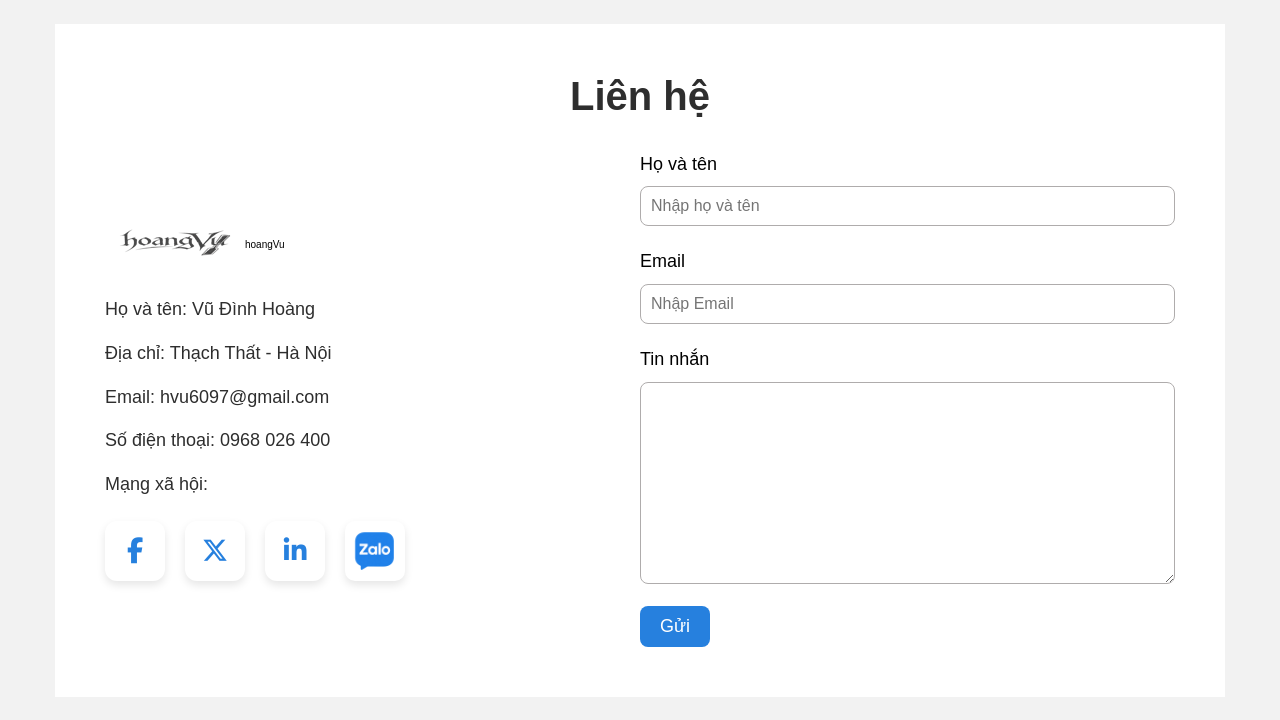
Repository: hoang28092000/portfolio
Page: pages/contact.html
An editor plug-in stored every save of this project. The page is shown before and after a run of saves, followed by the edit.
The browser window is 1280 px wide. The pictures show the whole page.
The pointer rests on the first visible `.btn-submit`.

Above is the page before, as saved 2025-04-11 23:41:22.

### pages/contact.html
<!DOCTYPE html>
<html lang="en">
  <head>
    <meta charset="UTF-8" />
    <meta name="viewport" content="width=device-width, initial-scale=1.0" />
    <link
      rel="stylesheet"
      href="https://cdnjs.cloudflare.com/ajax/libs/font-awesome/6.7.2/css/all.min.css"
      integrity="sha512-Evv84Mr4kqVGRNSgIGL/F/aIDqQb7xQ2vcrdIwxfjThSH8CSR7PBEakCr51Ck+w+/U6swU2Im1vVX0SVk9ABhg=="
      crossorigin="anonymous"
      referrerpolicy="no-referrer"
    />
    <link rel="stylesheet" href="../css/pages.css" />
    <link rel="stylesheet" href="../css/responsive-pages.css" />
    <title>Liên hệ</title>
  </head>
  <body>
    <main id="main-contact">
      <div class="container">
       <div class="contact">
        <h2 class="title-heading title-contact">Liên hệ</h2>
        <div class="content-contact">
          <div class="contact-left">
            <div class="logo-contact">
              <img
                src="../asset/image/hoangVu_logo.png"
                alt="logo"
                class="img-logo-contact"
              />
              <p class="name-logo-contact">hoangVu</p>
            </div>
            <div class="info-contact">
              <p class="txt-contact">Họ và tên: Vũ Đình Hoàng</p>
              <p class="txt-contact">Địa chỉ: Thạch Thất - Hà Nội</p>
              <p class="txt-contact">Email: hvu6097@gmail.com</p>
              <p class="txt-contact">Số điện thoại: 0968 026 400</p>
            </div>
            <p class="txt-contact">Mạng xã hội:</p>
            <div class="social-contact">
              <a
                href="https://www.facebook.com/profile.php?id=100008725181742"
                target="_blank"
                ><i class="fa-brands fa-facebook-f icon-contact"></i
              ></a>
              <a href="https://x.com/kinsman2809" target="_blank"
                ><i class="fa-brands fa-x-twitter icon-contact"></i
              ></a>
              <a
                href="https://www.linkedin.com/in/ho%C3%A0ng-v%C5%A9-0b4891179/"
                target="_blank"
                ><i class="fa-brands fa-linkedin-in icon-contact"></i
              ></a>
              <a href="">
                <img src="../asset/image/icon-zalo.png" alt="zalo" class="img-social">
              </a>
            </div>
          </div>
          <div class="contact-right">
            <form action="" class="form-contact">
              <div class="input-contact">
                <label for="name" class="label-contact">Họ và tên</label>
                <input type="text" id="name" placeholder="Nhập họ và tên" class="input-field" required />
              </div>
              <div class="input-contact">
                <label for="email" class="label-contact">Email</label>
                <input type="email" id="email" placeholder="Nhập Email" class="input-field" required />
              </div>
              <div class="input-contact">
                <label for="message" class="label-contact">Tin nhắn</label>
                <textarea
                  name="message"
                  id="message"
                  cols="30"
                  rows="10"
                  class="input-field"
                  required
                ></textarea>
              </div>
              <button type="submit" class="btn-submit">Gửi</button>
            </form>
          </div>
        </div>
       </div>
      </div>
    </main>
  </body>
</html>

### css/pages.css
* {
  padding: 0;
  margin: 0;
  box-sizing: border-box;
}
html {
  font-family: Poppins, sans-serif;
  font-size: 62.5%;
}

.container {
  width: 1170px;
  max-width: calc(100% - 48px);
  margin: 0 auto;
}

/* main */

#about,
#skills {
  background-color: #f2f2f2;
}
.top-content-about {
  padding: 60px 0;
  display: flex;
  justify-content: space-between;
  align-items: center;
}
.about-left {
  width: 40%;
}
.img-about {
  width: 100%;
  border: 6px solid #7a7575;
  border-radius: 50%;
}
.about-right {
  max-width: 702px;
  height: 362px;
  margin-left: 120px;
  padding-right: 60px;
}
.title-heading {
  font-size: 6rem;
  color: #2e2e2e;
  font-weight: 700;
  margin-bottom: 30px;
}
.about-right .desc-about {
  font-size: 1.6rem;
  color: #6b6565;
  font-weight: 500;
  line-height: 1.76;
  margin-top: 20px;
  text-align: justify;
}
.content-main {
  display: grid;
  grid-template-columns: 1fr 1fr;
  gap: 80px;
  padding-top: 70px;
}
.paragraph {
  margin-bottom: 20px;
}
.heading-main {
  font-size: 2rem;
  color: #2e2e2e;
  margin-bottom: 10px;
  line-height: 1.66;
}
.desc-content-main {
  font-size: 1.6rem;
  color: #2e2e2e;
  font-weight: 300;
  line-height: 1.76;
  text-align: justify;
}
.list-img-about {
  display: flex;
  justify-content: center;
  align-items: center;
  margin-top: 30px;
  gap: 20px;
  padding-bottom: 30px;
}
.list-img-about img {
  width: 200px;
  height: 200px;
  border-radius: 10px;
  border: 1px solid #2e2e2e;
  transition: all 0.3s ease-in-out;
}
.list-img-about img:hover {
  transform: scale(1.1);
  border: 2px solid #fff;
}

/* skills */
.title-skills {
  padding-top: 60px;
  text-align: center;
}
#skills ul {
    padding-left: 18px;
}

.my-project{
    margin-top: 70px;
}
.list-project{
    display: grid;
    grid-template-columns: repeat(auto-fit, minmax(300px, 1fr));
    gap: 30px;
    margin-top: 60px;
}
.list-project a{
    text-decoration: none;
    color: #2e2e2e;
}
.card-project{
    position: relative;
    background-color: #fff;
    border-radius: 10px;
    box-shadow: 0 4px 8px rgba(0, 0, 0, 0.1);
    overflow: hidden;
    transition: all 0.3s ease-in-out;
    cursor: pointer;
}
.card-project:hover{
    transform: scale(1.05);
    box-shadow: 0 8px 16px rgba(0, 0, 0, 0.2);
}
.card-project::after {
    display: flex;
    justify-content: center;
    align-items: center;
    font-weight: 600;
    color: #fff;
    content: 'Xem Thêm Demo';
    font-size: 3rem;
    position: absolute;
    top: 0; left: 0;
    width: 100%; height: 100%;
    background: #16161633; /* màu đen mờ */
    opacity: 0;
    transition: opacity 0.3s ease;
    pointer-events: none; /* để không cản trở click hay hover */
    z-index: 1;
  }
  .card-project:hover::after {
    opacity: 1;
  }

.card-project img{
    width: 100%;
    height: 200px;
    object-fit: cover;
}

.info-card{
    padding: 30px 20px 20px;
    text-align: center;

}
.heading-card{
    font-size: 2rem;
    color: #2e2e2e;
    margin-bottom: 10px;
}
.desc-card{
    font-size: 1.6rem;
    color: #2e2e2e;
    font-weight: 300;
    line-height: 1.76;
}
.desc-card span {
    font-weight: bold;
}

#main-contact{
    padding: 60px 0;
    background-color: #f2f2f2;
}
#main-contact .title-contact{
    font-size: 4rem;
    text-align: center;
    margin-bottom: 30px;
}

/* contact */
#main-contact{
    display: flex;
    justify-content: center;
    align-items: center;
    width: 100%;
    height: 100vh;
    overflow: hidden;
}
.contact{
    background-color: #fff;
    padding: 50px;
}
.contact .content-contact{
    display: flex;
    justify-content: space-between;
    align-items: center;
}

.contact-left {
    width: 50%;
}
.logo-contact{
    display: flex;
    align-items: center;
    margin-bottom: 20px;
}
.img-logo-contact{
    width: 140px;
    height: 60px;
    padding: 10px;

}

.img-social{
    width: 60px;
    height: 60px;
    border-radius: 10px;
    box-shadow: 0 4px 8px rgba(0, 0, 0, 0.1);

}
.social-contact{
    display: flex;
    align-items: center;
    height: 60px;
    gap: 20px;
    margin-top: 20px;
}
.social-contact a{
    width: 60px;
    height: 60px;
    display: block;
    text-decoration: none;
    color: #2e2e2e;
}
.contact-right {
    width: 50%;
}
.icon-contact{
    width: 60px;
    height: 60px;
    display: flex;
    justify-content: center;
    align-items: center;
    font-size: 2.6rem;
    box-shadow: 0 4px 8px rgba(0, 0, 0, 0.1);
    border-radius: 12px;
    color: #2680de;
}

.txt-contact{
    font-size: 1.8rem;
    color: #2e2e2e;
    margin-bottom: 12px;
    line-height: 1.76;
}
.input-contact{
    margin-bottom: 20px;
}

.label-contact{
    display: block;
    font-size: 1.8rem;
    color: #000000;
    line-height: 1.76;
    font-weight: 500;
    margin-bottom: 6px;
}
.input-contact input{
    width: 100%;
    padding: 10px;
    border-radius: 8px;
    border: 1px solid #afacac;
    font-size: 1.6rem;
    color: #2e2e2e;
    outline: none;
}
.input-contact textarea{
    width: 100%;
    padding: 10px;
    border-radius: 8px;
    border: 1px solid #afacac;
    font-size: 1.6rem;
    color: #2e2e2e;
    outline: none;
}

.btn-submit{
    background-color: #2680de;
    color: #fff;
    padding: 10px 20px;
    border-radius: 8px;
    border: none;
    font-size: 1.8rem;
    cursor: pointer;
    transition: all 0.3s ease-in-out;
}

### css/responsive-pages.css
/* bout-me */
@media (min-width: 1024.02px) and (max-width: 1169.98px) {
  .top-content-about {
    display: flex;
    flex-direction: column;
    align-items: center;
    padding-bottom: 40px;
  }
  .list-img-about {
    display: flex;
    flex-wrap: wrap;
    justify-content: center;
    align-items: start;
    gap: 30px;
  }
  .list-img-about img {
    max-width: 200px;
    display: block;
    border: 1px solid #2e2e2e;
  }
  .about-left {
    width: 60%;
    margin-bottom: 30px;
  }
  .about-right {
    width: 100%;
    margin-left: 0;
    padding-right: 0;
  }
  .title-heading {
    font-size: 6rem;
    text-align: center;
    margin-bottom: 16px;
  }
  .about-right .desc-about {
    font-size: 1.8rem;
    margin-bottom: 20px;
  }
}
@media (max-width: 1024px) {
  .list-img-about {
    display: grid;
    grid-template-columns: 1fr 1fr 1fr;
    gap: 20px;
    flex-wrap: wrap;
    padding-bottom: 30px;
    align-items: start;
  }
  .about-left {
    width: 40%;
  }
  .about-right {
    width: 60%;
  }
  .img-about {
    width: 100%;
    height: auto;
    border-radius: 50%;
    border: 1px solid #2e2e2e;
  }
  .list-img-about img {
    display: block;
    width: 100%;
    height: auto;
    border: 1px solid #2e2e2e;
  }
}
@media (min-width: 768px) and (max-width: 1023.98px) {
  .about-right {
    width: 60%;
    height: auto;
  }
}
@media (max-width: 768px) {
  .top-content-about {
    display: flex;
    flex-direction: column;
    align-items: center;
    padding-bottom: 40px;
  }
  .about-left {
    margin-bottom: 30px;
  }
  .paragraph {
    text-align: justify;
  }
  .about-right {
    width: 100%;
    margin-left: 0;
    padding-right: 0;
  }
  .title-heading {
    font-size: 5rem;
    text-align: center;
    margin-bottom: 16px;
  }
  .about-right .desc-about {
    font-size: 1.6rem;
    margin-bottom: 20px;
    text-align: justify;
  }

  .list-img-about {
    display: grid;
    grid-template-columns: 1fr 1fr;
  }
  .list-img-about img {
    width: 100%;
    height: auto;
    border: 1px solid #2e2e2e;
  }
}
@media (max-width: 480px) {
  .top-content-about {
    display: flex;
    flex-direction: column;
    align-items: center;
    padding-bottom: 40px;
  }
  .about-left {
    width: 60%;
    margin-bottom: 30px;
  }
  .list-img-about {
    display: grid;
    grid-template-columns: 1fr 1fr;
    gap: 10px;
    padding-bottom: 0;
  }
  .about-right {
    width: 100%;
    margin-left: 0;
    padding-right: 0;
  }
  .title-heading {
    font-size: 4rem;
    text-align: center;
    margin-bottom: 16px;
  }
  .about-right .desc-about {
    font-size: 1.6rem;
    margin-bottom: 20px;
  }
  .content-main {
    grid-template-columns: 1fr;
  }
  .paragraph {
    margin-bottom: 14px;
  }
  .paragraph .heading-main {
    font-size: 1.8rem;
    margin-bottom: 10px;
  }
  .list-img-about img {
    width: 100%;
    height: auto;
    border: 1px solid #2e2e2e;
  }
}

After the next 2 saves:
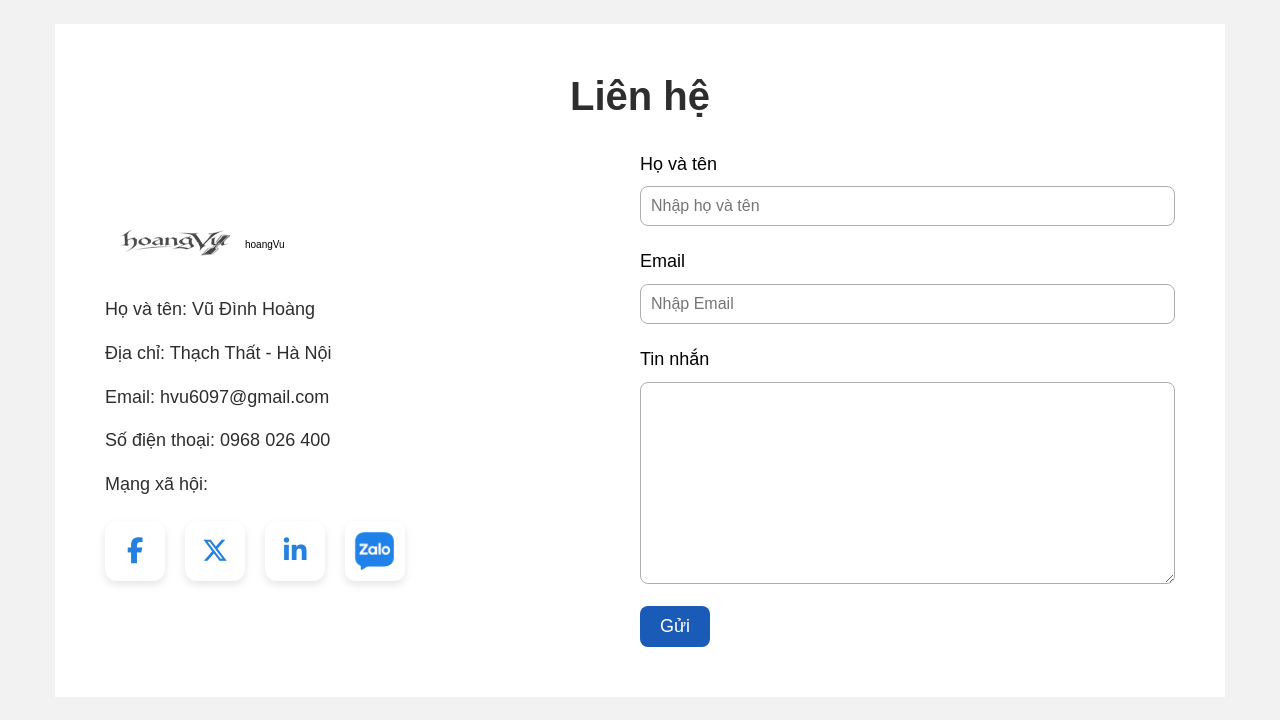
The 2 saves are shown as one change because they came seconds apart.
The last was saved 30 s later.
--- a/css/pages.css
+++ b/css/pages.css
@@ -305,3 +305,6 @@ html {
     cursor: pointer;
     transition: all 0.3s ease-in-out;
 }
+.btn-submit:hover{
+    background-color: #1a5bb8;
+}
